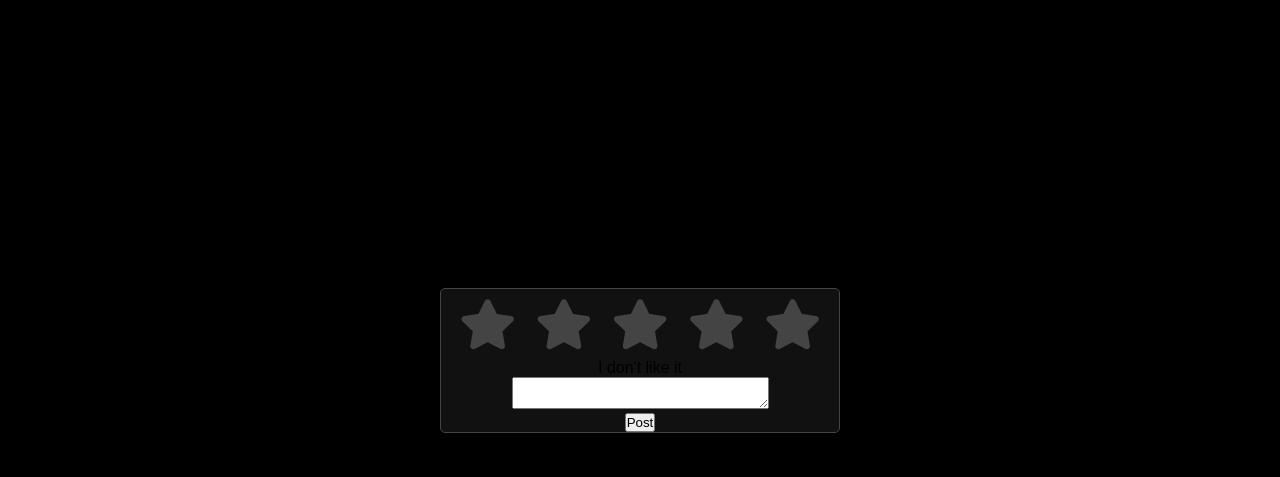
Repository: Suryansh-D/Star-Ratings
Page: index.html
The author's editor kept a copy of each file at every save. The page is drawn from the files as they stood at one save, then again after a run of saves.
The browser window is 1280 px wide. The pictures show the whole page.

Above is the page before, as saved 2024-02-03 09:54:23.

After the next 2 saves:
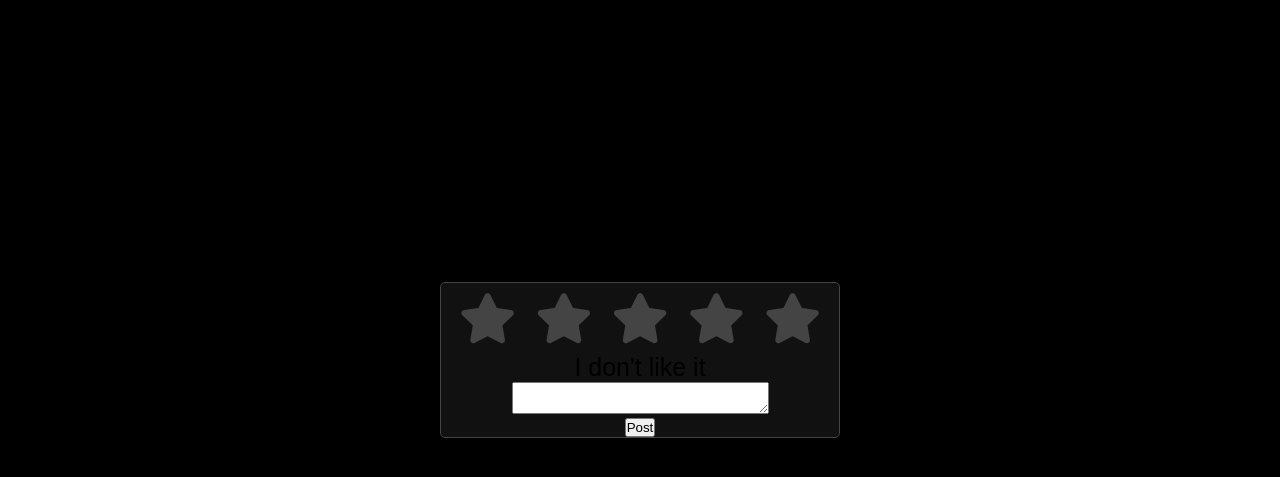
The 2 saves are shown as one change because they came seconds apart.
The last was saved 10 s later.
--- a/style.css
+++ b/style.css
@@ -49,5 +49,6 @@ input#rate-5:checked ~ label#rate-5 ~ label#rate-4 ~ label#rate-3 ~ label#rate-2
 }
 form header{
     width:100%;
-    font-size: ;
+    font-size: 25px;
+
 }
